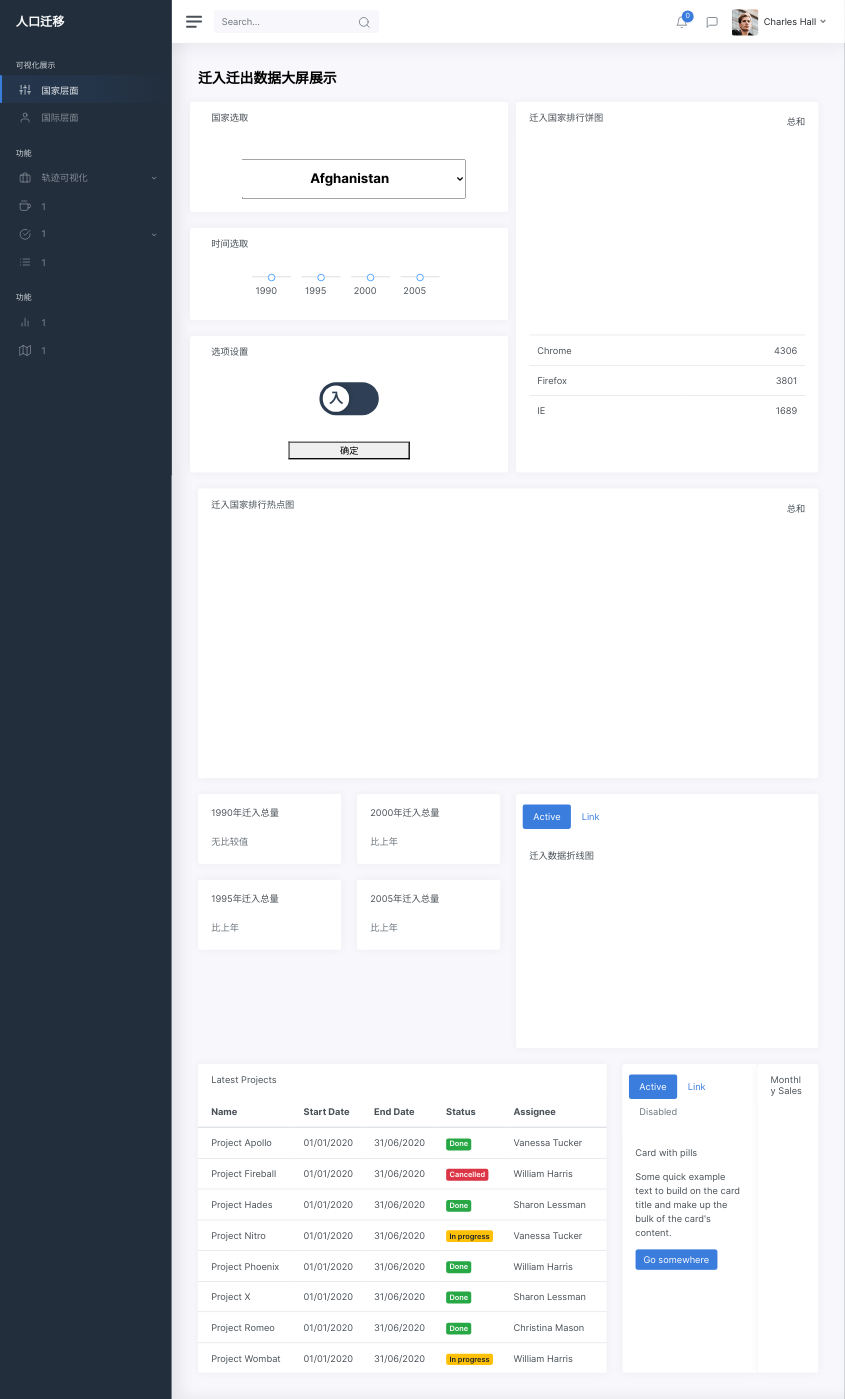
Repository: yuwei0922/WHURS-WGIS
Page: final_project/index.html
An editor plug-in stored every save of this project. The page is shown before and after the next save, followed by the edit.
The browser window is 1280 px wide. The pictures show the whole page, at 66% of full size.
Some icons come from a web library that is not loaded, so they are not drawn. Some web libraries are served in a nearby version.

Above is the page before, as saved 2022-12-25 22:32:56.
Not found: final_project/js/vendor.js

After the next save:
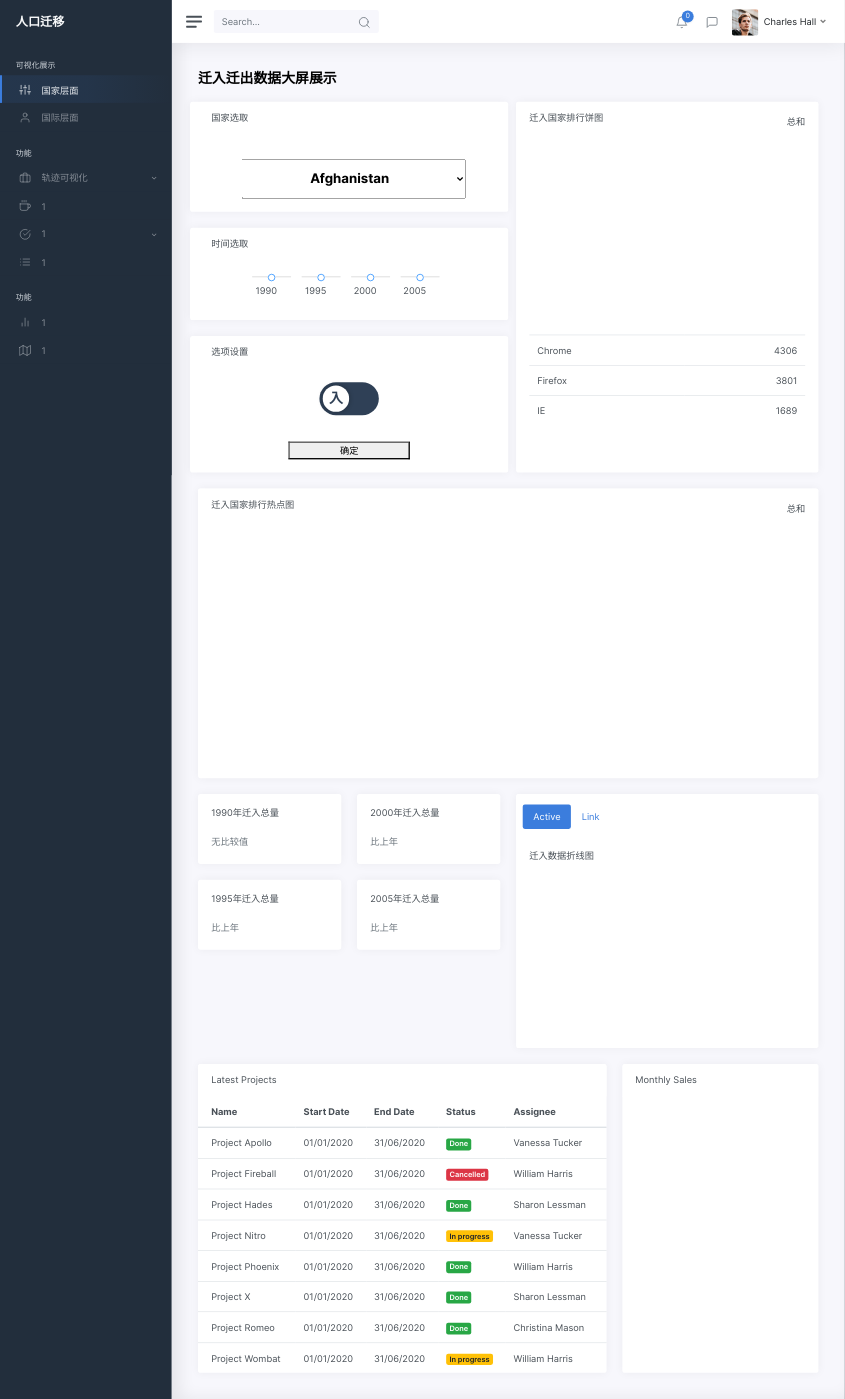
Saved 37 s later.
--- a/final_project/index.html
+++ b/final_project/index.html
@@ -563,40 +563,6 @@
 						</div>
 					</div>
 					<div class="col-12 col-lg-4 col-xxl-3 d-flex">
-						<div class="card">
-							<div class="card-header">
-								<ul class="nav nav-pills card-header-pills pull-right" role="tablist">
-									<li class="nav-item">
-										<a class="nav-link active" data-toggle="tab" href="#tab-4">Active</a>
-									</li>
-									<li class="nav-item">
-										<a class="nav-link" data-toggle="tab" href="#tab-5">Link</a>
-									</li>
-									<li class="nav-item">
-										<a class="nav-link disabled" data-toggle="tab" href="#tab-6">Disabled</a>
-									</li>
-								</ul>
-							</div>
-							<div class="card-body">
-								<div class="tab-content">
-									<div class="tab-pane fade show active" id="tab-4" role="tabpanel">
-										<h5 class="card-title">Card with pills</h5>
-										<p class="card-text">Some quick example text to build on the card title and make up the bulk of the card's content.</p>
-										<a href="#" class="btn btn-primary">Go somewhere</a>
-									</div>
-									<div class="tab-pane fade text-center" id="tab-5" role="tabpanel">
-										<h5 class="card-title">Card with pills</h5>
-										<p class="card-text">Some quick example text to build on the card title and make up the bulk of the card's content.</p>
-										<a href="#" class="btn btn-primary">Go somewhere</a>
-									</div>
-									<div class="tab-pane fade" id="tab-6" role="tabpanel">
-										<h5 class="card-title">Card with pills</h5>
-										<p class="card-text">Some quick example text to build on the card title and make up the bulk of the card's content.</p>
-										<a href="#" class="btn btn-primary">Go somewhere</a>
-									</div>
-								</div>
-							</div>
-						</div>
 						<div class="card flex-fill w-100">
 							<div class="card-header">
 
